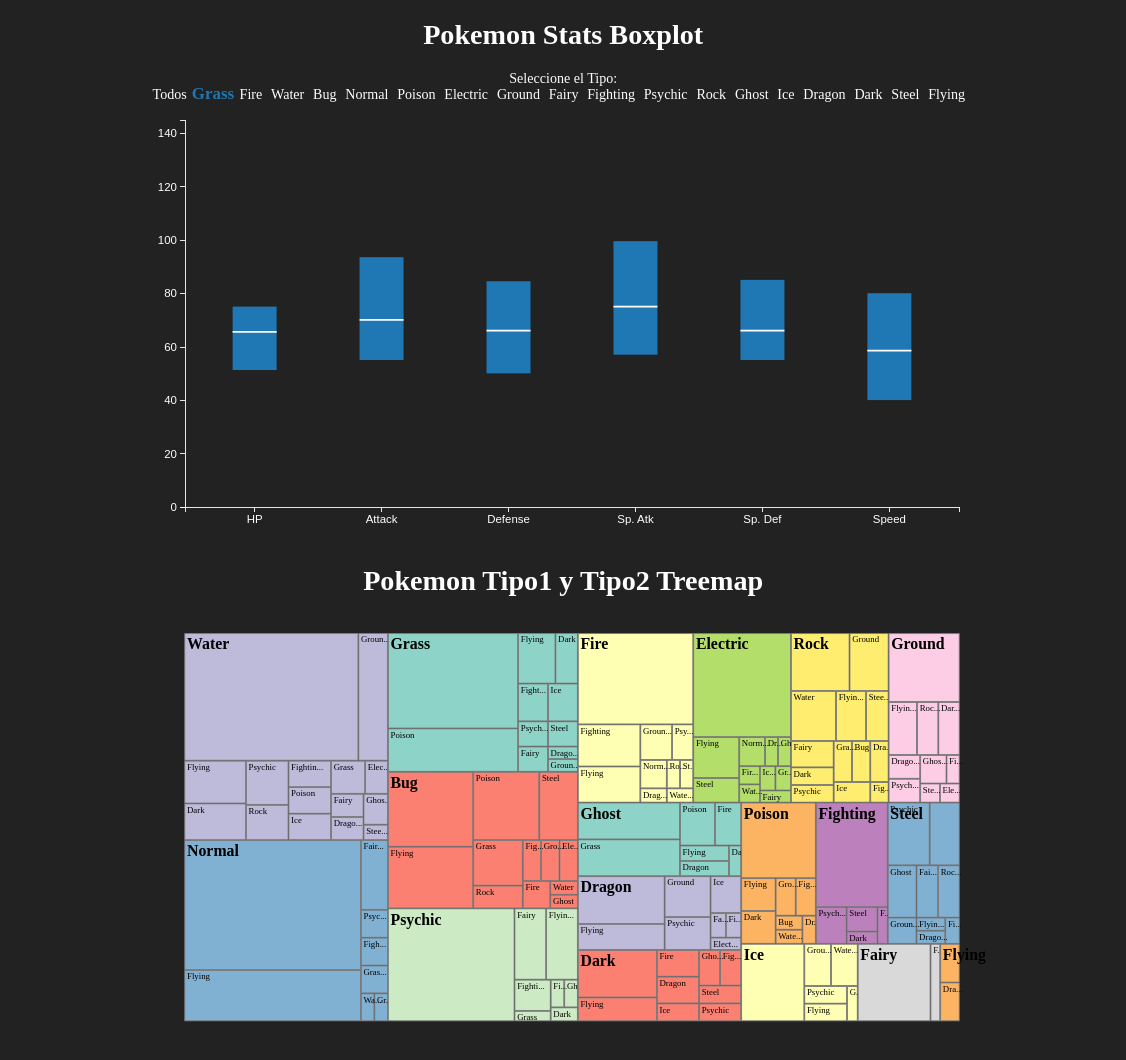
Repository: Cartterr/Proyecto-VisInfo
Page: Propuesta1_Tipos_Cajas.html
These files come from the project's save history. The page is drawn as it stood at one moment and after the next save; the edit follows.
The browser window is 1280 px wide. The pictures show the whole page, at 88% of full size.

Above is the page before, as saved 2023-06-28 04:22:16.

### Propuesta1_Tipos_Cajas.html
<!DOCTYPE html>
<html>
<head>
    <meta charset="utf-8">
    <title>Pokemon Stats Boxplot</title>
    <script src="https://d3js.org/d3.v7.min.js"></script>
</head>

<body>
    <h1>Pokemon Stats Boxplot</h1>
    <link rel="stylesheet" href="Propuesta1_Tipos_Cajas.css">
    <div>
        <label for="typeSelect">Seleccione el Tipo:</label>
        <div class="type-list-container">
            <ul class="type-list" id="typeList"></ul>
        </div>
    </div>
    <div id="boxplot"></div>
    <h1>Pokemon Tipo1 y Tipo2 Treemap</h1>
    <div id="treemap"></div>
    <script src="Propuesta1_Tipos_Cajas.js"></script>
</body>
</html>

### Propuesta1_Tipos_Cajas.css
body {
    margin: 0 auto;
    background-color: #222;
    color: white;
    max-width: 80%;
    min-width: 500px;
    text-align: center;
}

.box {
    fill: #1f77b4;
    cursor: pointer;
    position: relative; /* Agregado */
}

.box:hover {
    fill: #456b86;
}

.tooltip {
    position: absolute;
    background-color: #fff;
    border: 1px solid #ccc;
    padding: 10px;
    pointer-events: none;
    opacity: 0;
    transition: opacity 0.3s ease-in-out;
    top: -40px; /* Agregado */
    left: 0; /* Agregado */
    width: 100px; /* Agregado */
    text-align: center; /* Agregado */
}

.box:hover .tooltip {
    opacity: 1;
}

.median {
    stroke: white;
    stroke-width: 2px;
}

.axis text {
    font-size: 13px;
}

.axis line,
.axis path {
    fill: none;
    stroke: white;
    shape-rendering: crispEdges;
}

.type-list-container {
    display: flex;
    justify-content: center;
}

.type-list {
    display: flex;
    white-space: nowrap;
    padding: 0;
    margin: 0;
    list-style-type: none;
}

.type-list li {
    margin-right: 10px;
    transition: transform 0.3s;
}

.type-list li:hover {
    transform: scale(1.1);
}

.type-list li.selected {
    transform: scale(1.2);
    font-weight: bold;
    color: #1f77b4;
}

.type-list-container {
    overflow-y: hidden;
}

.type-list {
    display: flex;
    white-space: nowrap;
    padding: 0;
    margin: 0;
    list-style-type: none;
}

.type-list li {
    margin-right: 10px;
}

text {
    font-size: 10px;
}

.text-highlight {
    font-size: 18px; /* Adjust the font size as needed */
    font-weight: bold;
    background-color: yellow; /* Adjust the background color as needed */
  }

### Propuesta1_Tipos_Cajas.js


let selectedType = 'Todos';

d3.csv("pokemon.csv").then(data => {
    const types = Array.from(new Set(data.map(d => d["Type 1"])));
    const statNames = ["HP", "Attack", "Defense", "Sp. Atk", "Sp. Def", "Speed"];

    const margin = { top: 20, right: 30, bottom: 40, left: 50 },
        width = 960 - margin.left - margin.right,
        height = 500 - margin.top - margin.bottom;

    const svg = d3.select("#boxplot")
        .append("svg")
        .attr("width", width + margin.left + margin.right)
        .attr("height", height + margin.top + margin.bottom)
        .append("g")
        .attr("transform", `translate(${margin.left},${margin.top})`);

    const x = d3.scaleBand()
        .range([0, width])
        .padding(0.1);

    const y = d3.scaleLinear()
        .range([height, 0]);

    const xAxis = d3.axisBottom(x);
    const yAxis = d3.axisLeft(y);



    svg.append("g")
        .attr("class", "axis x-axis")
        .attr("transform", `translate(0,${height})`)
        .call(xAxis);

    svg.append("g")
        .attr("class", "axis y-axis")
        .call(yAxis);

    const updateBoxPlot = (selectedType) => {
        let typeData;
        if (selectedType === 'Todos') {  // Add this condition
            typeData = data;
        } else {
            typeData = data.filter(d => d["Type 1"] === selectedType);
        }

        const typeStats = statNames.map(stat => typeData.map(d => +d[stat]));

        x.domain(statNames);
        y.domain([0, d3.max(typeStats, d => d3.max(d))]);

        svg.select(".x-axis")
            .call(xAxis);

        svg.select(".y-axis")
            .transition()
            .duration(250)
            .call(yAxis);

        const boxWidth = Math.min(50, x.bandwidth());

        svg.selectAll(".box")
            .data(typeStats)
            .join("rect")
            .transition()
            .duration(450)
            .attr("class", "box")
            .attr("x", (d, i) => x(statNames[i]) + (x.bandwidth() - boxWidth) / 2)
            .attr("width", boxWidth)
            .attr("y", d => y(d3.quantile(d, 0.75)))
            .attr("height", d => y(d3.quantile(d, 0.25)) - y(d3.quantile(d, 0.75)));

        typeList.selectAll("li")
            .classed("selected", d => d === selectedType);

        svg.selectAll(".median")
            .data(typeStats)
            .join("line")
            .transition()
            .duration(450)
            .attr("class", "median")
            .attr("x1", (d, i) => x(statNames[i]) + (x.bandwidth() - boxWidth) / 2)
            .attr("x2", (d, i) => x(statNames[i]) + (x.bandwidth() + boxWidth) / 2)
            .attr("y1", d => y(d3.median(d)))
            .attr("y2", d => y(d3.median(d)));


    };

    const typeList = d3.select("#typeList");
    typeList.selectAll("li")
        .data(['Todos'].concat(types))  // Add 'Todos' to the list
        .enter()
        .append("li")
        .text(d => d)
        .on("click", function () {
            let clickedType = d3.select(this).text();

            if (clickedType === selectedType) {
                selectedType = 'Todos';
            } else {
                selectedType = clickedType;
            }

            svgTreemap.selectAll("rect")
                .attr("opacity", d => d.parent.data.name === selectedType || selectedType === 'Todos' ? 1 : 0.3);

            updateBoxPlot(selectedType);
        });


    // Initialize with the first type
    updateBoxPlot(types[0]);

    // Add an id for each Pokemon (needed to compute hierarchy)
    data.forEach((d, i) => d.id = i);


   //TREEMAP
    const color = d3.scaleOrdinal()
    .domain(types)
    .range(d3.schemeSet3);

    // Group the data by Type 1 and Type 2
    let groupedData = d3.group(data, d => d["Type 1"], d => d["Type 2"]);

    // Convert the grouped data into a hierarchical structure
    let hierarchyData = { name: "root", children: [] };
    for (let [type1, values1] of groupedData) {
        let type1Node = { name: type1, children: [] };
        for (let [type2, values2] of values1) {
            type1Node.children.push({ name: type2, value: values2.length });
        }
        hierarchyData.children.push(type1Node);
    }


    // Building the treemap
    const root = d3.hierarchy(hierarchyData)
        .sum(d => d.value)
        .sort((a, b) => b.value - a.value);

    d3.treemap()
        .size([width, height])
        .paddingInner(1)
        (root);

    const svgTreemap = d3.select("#treemap")
        .append("svg")
        .attr("width", width + margin.left + margin.right)
        .attr("height", height + margin.top + margin.bottom)
        .append("g")
        .attr("transform", `translate(${margin.left},${margin.top})`);

    // Create a parent groups for Type 1
    const groups = svgTreemap.selectAll('g')
        .data(root.children)
        .enter()
        .append('g');

    let selectedTypeNode = null;

    // Create a subgroup for each leaf under Type 1 group
    groups.selectAll("rect")
        .data(d => d.leaves())
        .enter()
        .append("rect")
        .attr("x", d => d.x0)
        .attr("y", d => d.y0)
        .attr("width", d => d.x1 - d.x0)
        .attr("height", d => d.y1 - d.y0)
        .attr("fill", d => color(d.parent.data.name)) // color according to Type 1
        .attr("stroke", "grey")
        .attr("opacity", 1)
        .on("click", function(event, d) {
            svgTreemap.selectAll("rect")
                .attr("opacity", 0.3); // reduce opacity for all rectangles

            if (selectedTypeNode) {

                selectedTypeNode.selectAll("rect")
                    .attr("opacity", 0.3); // reset opacity for previously selected group
            }

            if (selectedTypeNode === d3.select(this.parentNode)) {
                selectedTypeNode = null;
            } else {
                selectedTypeNode = d3.select(this.parentNode);

                selectedTypeNode.selectAll("rect")
                    .attr("opacity", 1); // set full opacity for selected group
            }

            const type = d.parent.data.name; // Type 1
            selectedType = selectedType === type ? 'Todos' : type;

            svgTreemap.selectAll("rect")
                .attr("opacity", d => selectedType === 'Todos' || d.parent.data.name === selectedType ? 1 : 0.3);


            typeList.selectAll("li")
                .classed("selected", d => d === selectedType);

            updateBoxPlot(selectedType);
        });

    // Add labels for Type 2 and Type 1
    groups.selectAll("text.type2")
        .data(d => d.leaves())
        .enter()
        .append("text")
        .attr("class", "type2")
        .attr("x", d => d.x0 + 2.5)
        .attr("y", d => d.y0 + 10)
        .text(d => d.data.name.length * 6 < (d.x1 - d.x0) ? d.data.name : `${d.data.name.slice(0, (d.x1 - d.x0) / 6)}...`) // Truncate text if it doesn't fit
        .append("title")  // Tooltip to show full name on hover
        .text(d => d.data.name);

    groups.append("text")
        .attr("class", "type1 text-highlight") // Add the "text-highlight" class
        .attr("x", d => d.x0 + 2.5)
        .attr("y", d => d.y0 + 18)
        .text(d => d.data.name) // show Type 1
        .append("title") // Tooltip to show full name on hover
        .text(d => d.data.name);

});

After the next save:
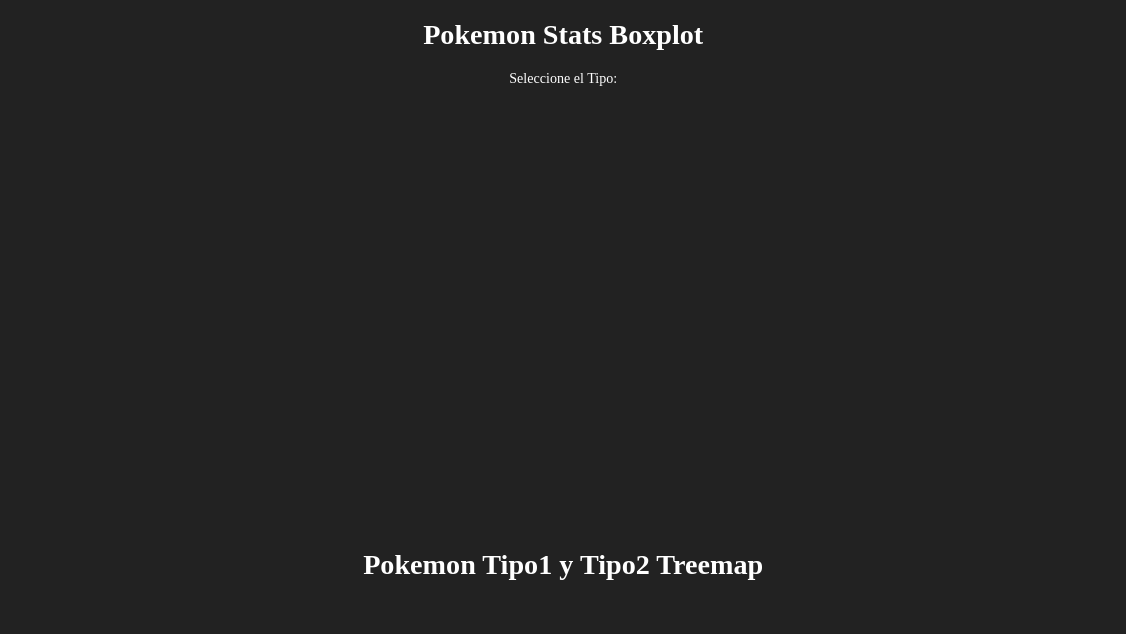
Console error: ReferenceError: zoomed is not defined
Saved 107 s later.
--- a/Propuesta1_Tipos_Cajas.js
+++ b/Propuesta1_Tipos_Cajas.js
@@ -24,8 +24,19 @@
     const y = d3.scaleLinear()
         .range([height, 0]);
 
+    const zoom = d3.zoom()
+        .scaleExtent([1, Infinity])
+        .translateExtent([[0, 0], [width, height]])
+        .extent([[0, 0], [width, height]])
+        .on("zoom", zoomed);
+
+    const brush = d3.brushX()
+        .extent([[0, 0], [width, height]])
+        .on("end", brushed);
+
     const xAxis = d3.axisBottom(x);
     const yAxis = d3.axisLeft(y);
+
 
 
 

After the save that followed:
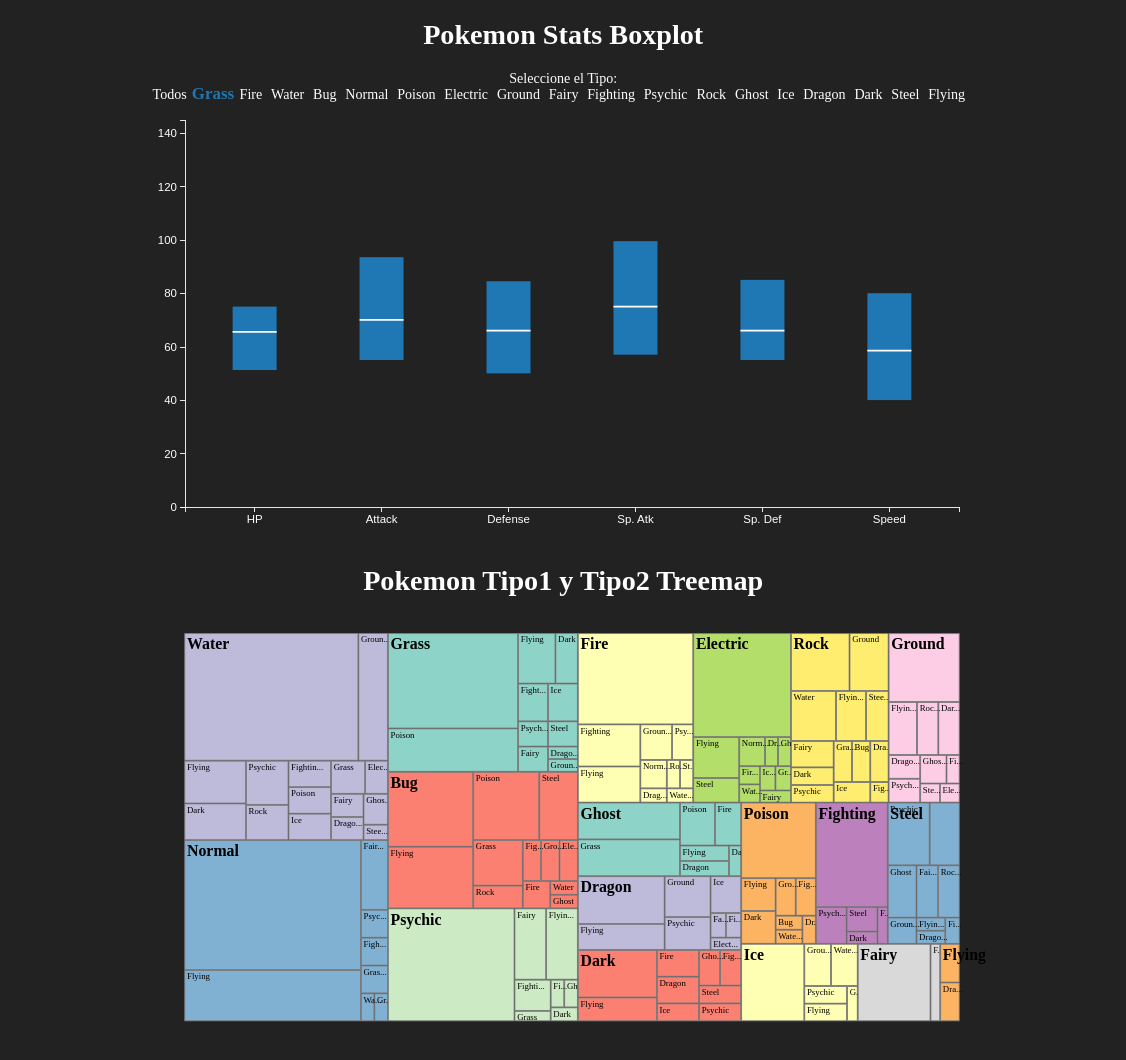
The error is gone.
Saved 9 s later.
--- a/Propuesta1_Tipos_Cajas.js
+++ b/Propuesta1_Tipos_Cajas.js
@@ -33,6 +33,23 @@
     const brush = d3.brushX()
         .extent([[0, 0], [width, height]])
         .on("end", brushed);
+
+    function brushed(event) {
+        if (event.selection) {
+            let e = event.selection;
+            x.domain([x.invert(e[0]), x.invert(e[1])]);
+            svg.select(".x-axis").call(xAxis);
+            updateBoxPlot(selectedType);
+        }
+    }
+
+    function zoomed(event) {
+        if (event.sourceEvent && event.sourceEvent.type === "brush") return; // ignore zoom-by-brush
+        let t = event.transform;
+        x.domain(t.rescaleX(x2).domain());
+        svg.select(".x-axis").call(xAxis);
+        updateBoxPlot(selectedType);
+    }
 
     const xAxis = d3.axisBottom(x);
     const yAxis = d3.axisLeft(y);
